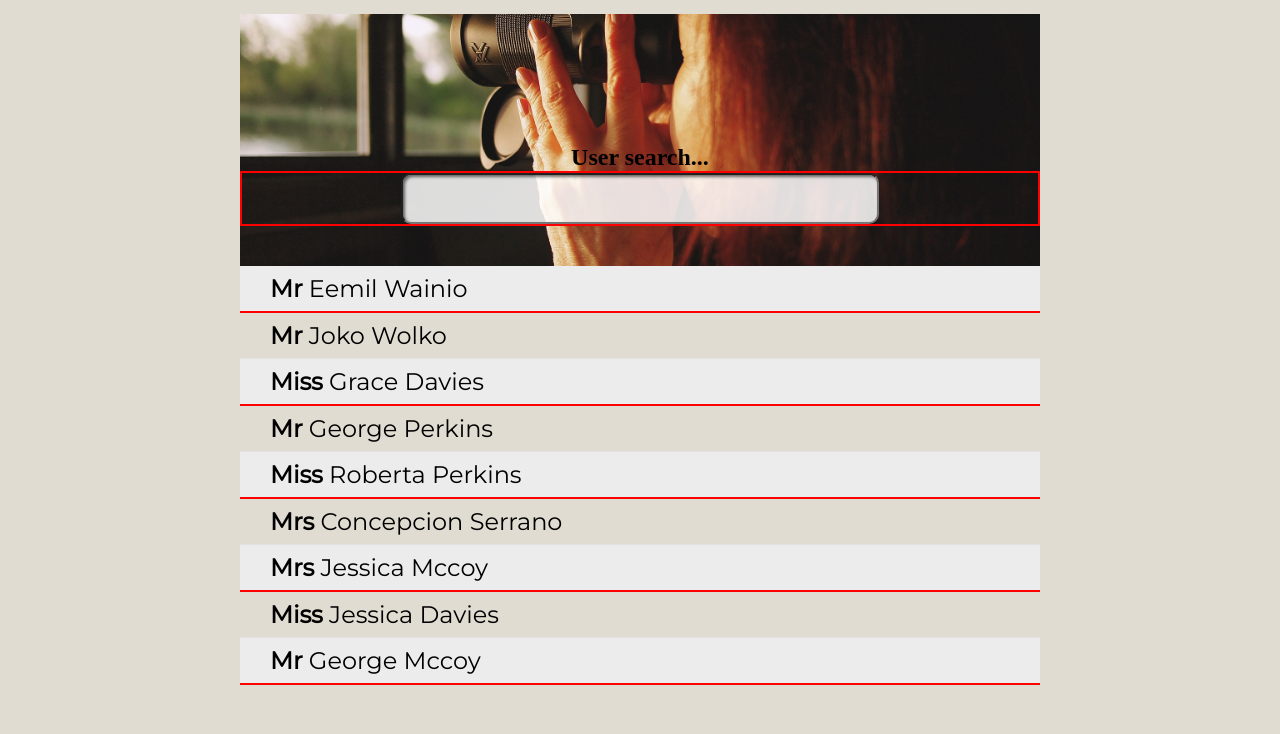
Repository: KrzysKolo/sr_tydzien5_zad4
Page: /
An editor plug-in stored every save of this project. The page is shown before and after the next save, followed by the edit.
The browser window is 1280 px wide. The pictures show the whole page.
The project was rebuilt for these pictures with package versions that can differ from the ones it lists, and the page was loaded fresh each time.

Above is the page before, as saved 2021-01-03 05:46:48.

After the next save:
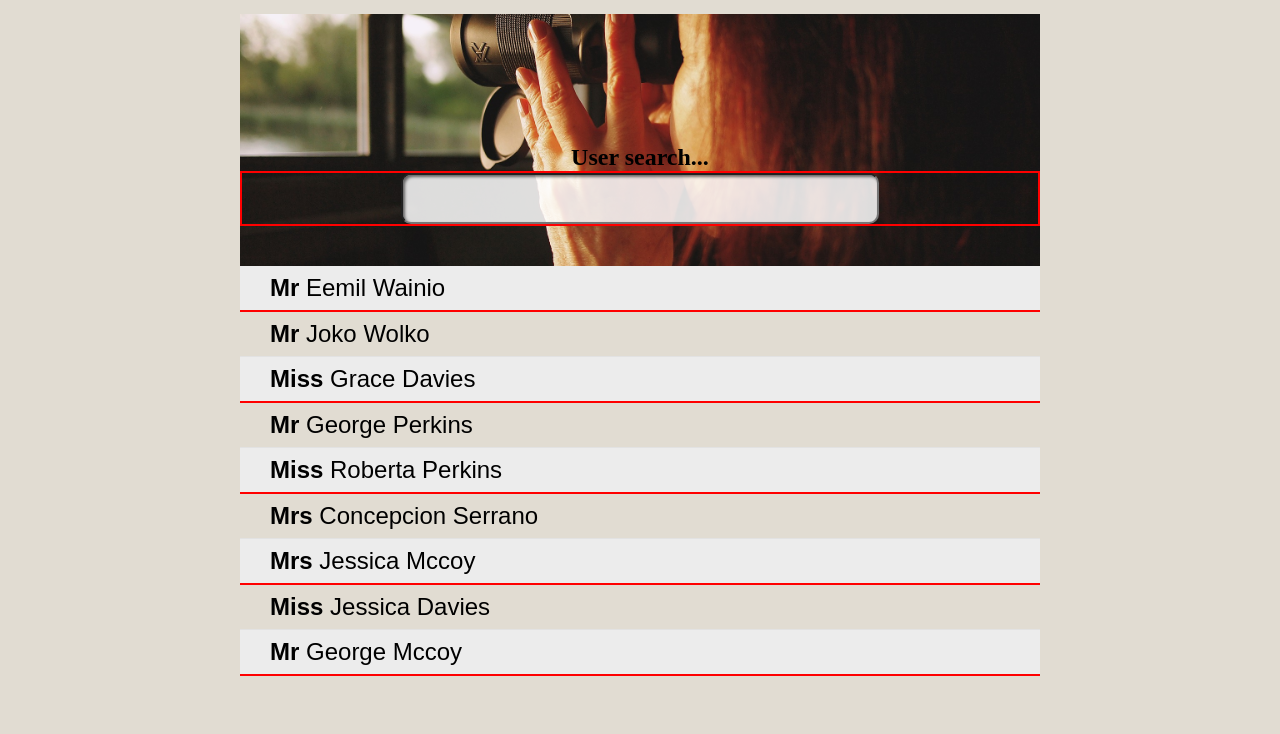
Saved 54 s later.
--- a/src/App.css
+++ b/src/App.css
@@ -1,4 +1,3 @@
-@import url("https://fonts.googleapis.com/css2?family=Montserrat&display=swap");
 * {
   box-sizing: border-box;
   padding: 0;

After the save that followed:
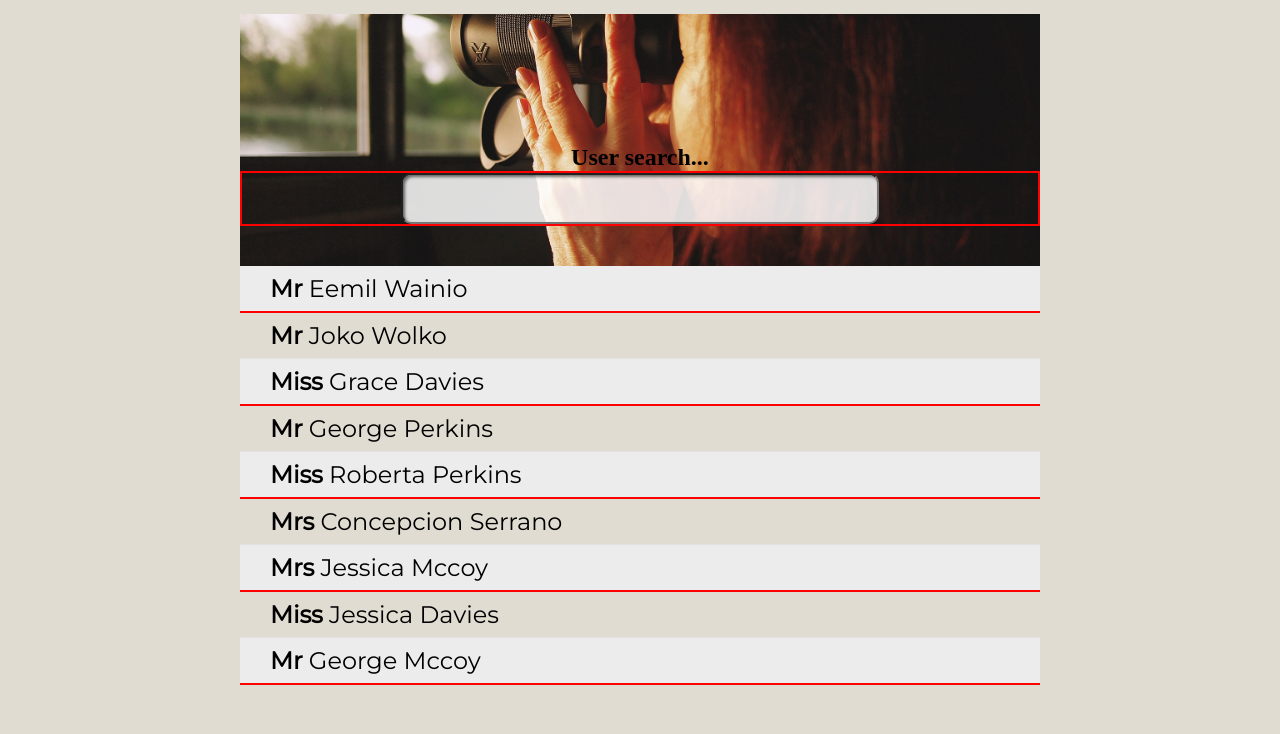
Saved 14 s later.
--- a/public/index.html
+++ b/public/index.html
@@ -24,6 +24,8 @@
       work correctly both with client-side routing and a non-root public URL.
       Learn how to configure a non-root public URL by running `npm run build`.
     -->
+    <link rel="preconnect" href="https://fonts.gstatic.com">
+<link href="https://fonts.googleapis.com/css2?family=Montserrat&display=swap" rel="stylesheet">
     <title>User search</title>
   </head>
   <body>
